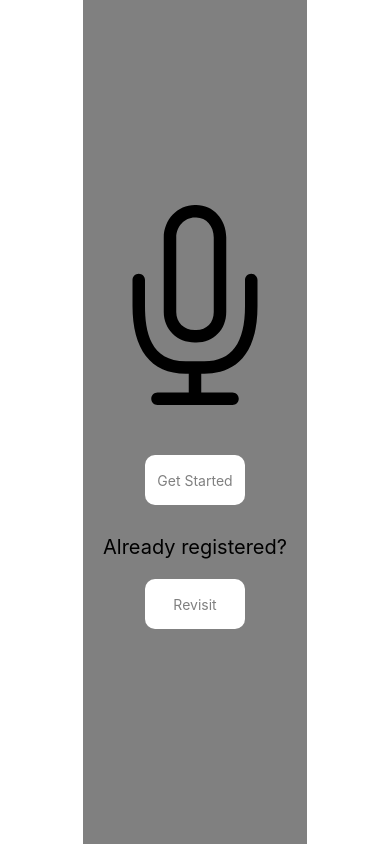
Repository: mortiestmorty1/recordings-app
Screen: / (app in frontend/)
An editor plug-in stored every save of this project. The screen is shown before and after the next save, followed by the edit.
The app was drawn by React Native's web renderer in a window 390 px wide. The project was rebuilt for these pictures with package versions that can differ from the ones it lists, and the page was loaded fresh each time. Also part of the build but not shown: frontend/components/registerUser.js.

Above is the screen before, as saved 2024-03-07 22:50:51.

After the next save:
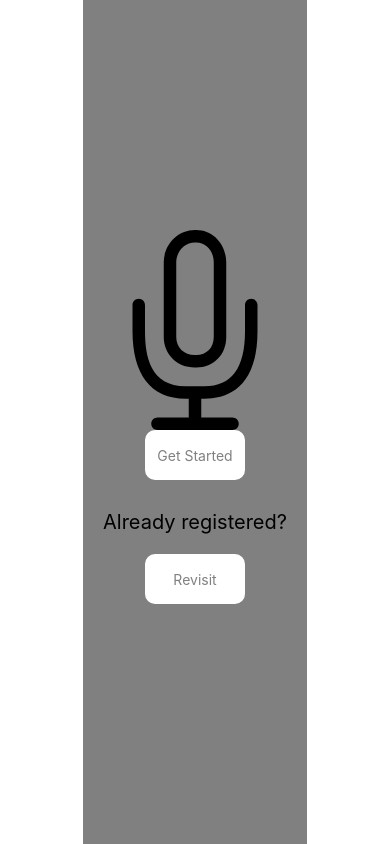
Saved 9 s later.
--- a/frontend/components/firstscreen.js
+++ b/frontend/components/firstscreen.js
@@ -31,7 +31,7 @@
   logo: {
     width: 200,
     height: 200,
-    marginBottom: 50, // Changed from bottom to marginBottom for better layout control
+    Bottom: 50, // Changed from bottom to marginBottom for better layout control
   },
   text: {
     fontSize: 20,

After the 4 saves that followed:
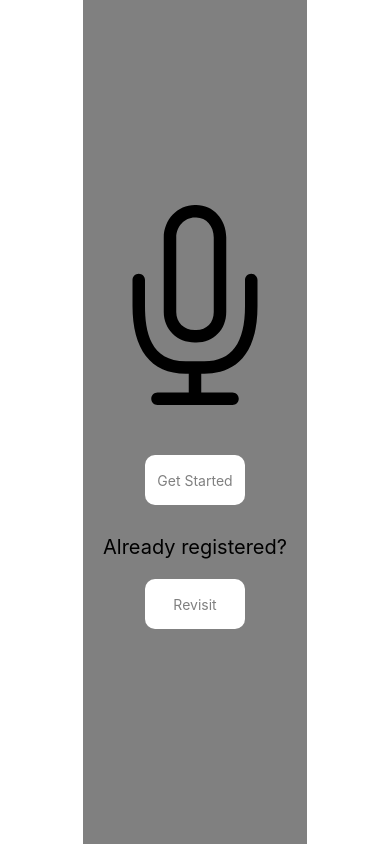
The 4 saves are shown as one change because 2 left the picture as it was and some came seconds apart.
The last was saved 19 s later.
--- a/frontend/components/firstscreen.js
+++ b/frontend/components/firstscreen.js
@@ -31,7 +31,7 @@
   logo: {
     width: 200,
     height: 200,
-    Bottom: 50, // Changed from bottom to marginBottom for better layout control
+    marginBottom: 50, // Changed from bottom to marginBottom for better layout control
   },
   text: {
     fontSize: 20,
